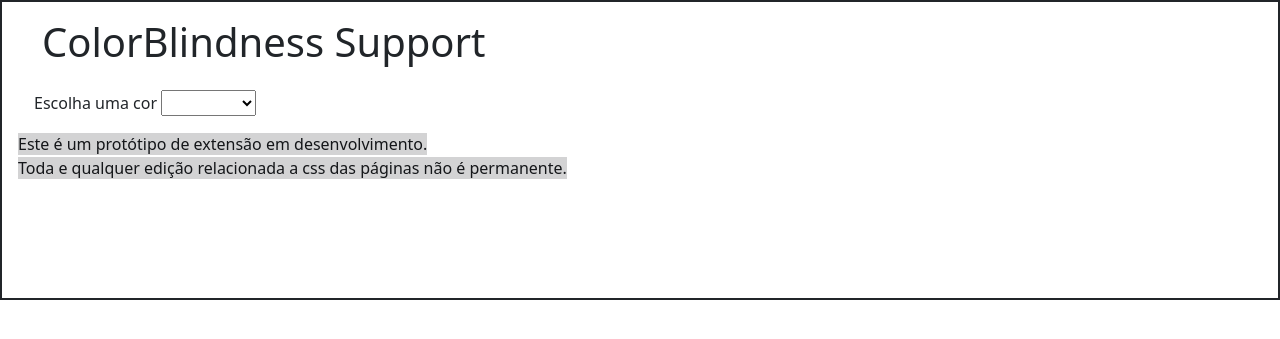
Repository: pedrosiqueira/daltonchrome
Page: popup.html
These files come from the project's save history. The page is drawn as it stood at one moment and after the next save; the edit follows.
The browser window is 1280 px wide. The pictures show the whole page.

Above is the page before, as saved 2022-06-17 13:10:35.

After the next save:
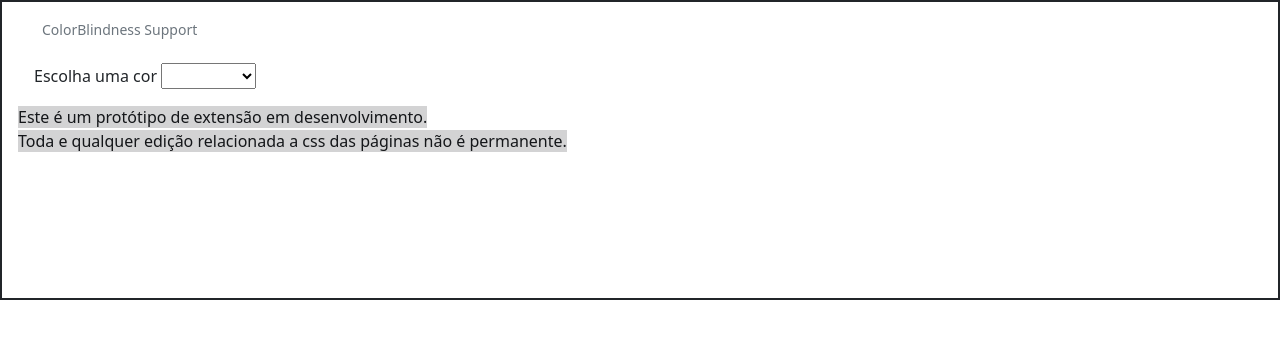
Saved 25 s later.
--- a/popup.html
+++ b/popup.html
@@ -11,7 +11,7 @@
 
     <div class="container flex row">
 
-        <h1 class="background-color-red"> ColorBlindness Support </h1>
+        <h1 class="form-text"> ColorBlindness Support </h1>
         <!--  <div class="form-check form-switch col">
             <input class="form-check-input" type="checkbox" id="flexSwitchCheckChecked">
             <label class="form-check-label" for="flexSwitchCheckChecked" id="MeuSwitch">Ativar extensão</label>

After the 6 saves that followed:
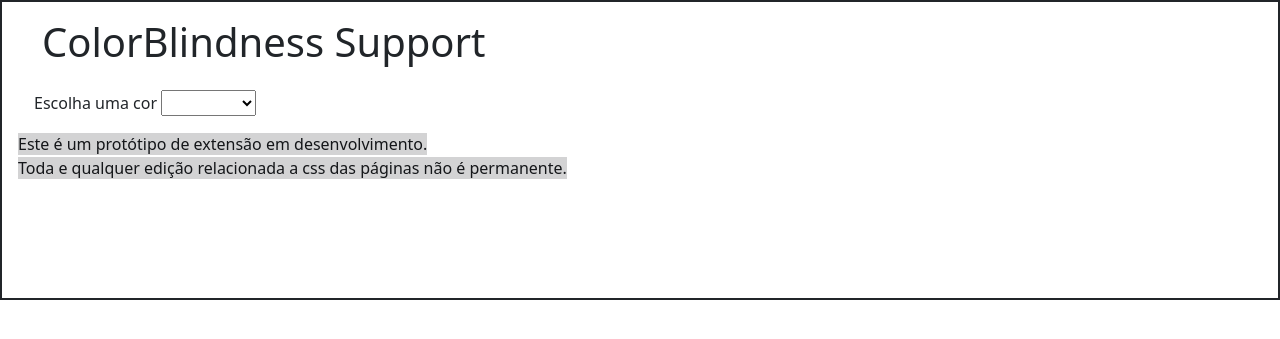
The 6 saves are shown as one change because 5 left the picture as it was.
The last was saved 86 s later.
--- a/popup.html
+++ b/popup.html
@@ -11,7 +11,7 @@
 
     <div class="container flex row">
 
-        <h1 class="form-text"> ColorBlindness Support </h1>
+        <h1 class="form-title"> ColorBlindness Support </h1>
         <!--  <div class="form-check form-switch col">
             <input class="form-check-input" type="checkbox" id="flexSwitchCheckChecked">
             <label class="form-check-label" for="flexSwitchCheckChecked" id="MeuSwitch">Ativar extensão</label>
